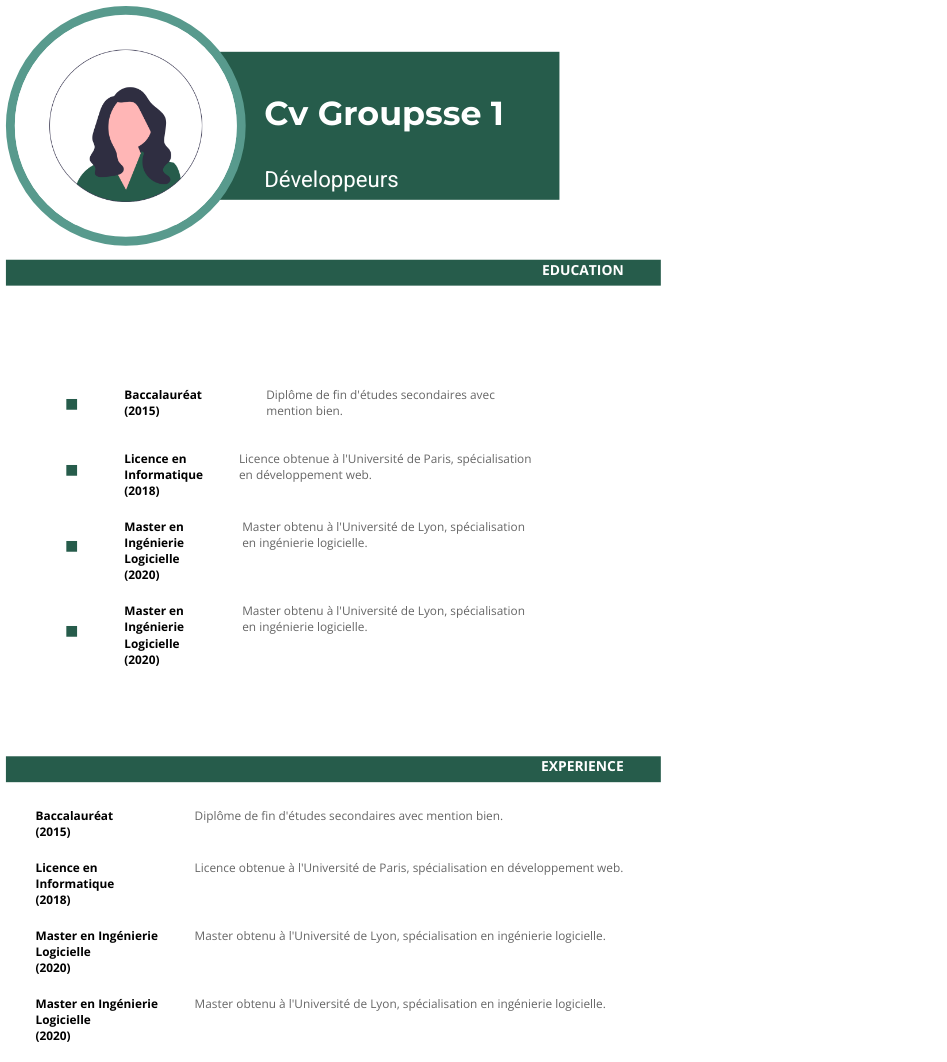
Repository: NdiongueFH/Mon_CV
Page: CV_Groupe1.html
These files come from the project's save history. The page is drawn as it stood at one moment and after the next save; the edit follows.
The browser window is 1280 px wide. The pictures show the whole page, at 74% of full size.

Above is the page before, as saved 2024-08-04 00:20:29.

After the next save:
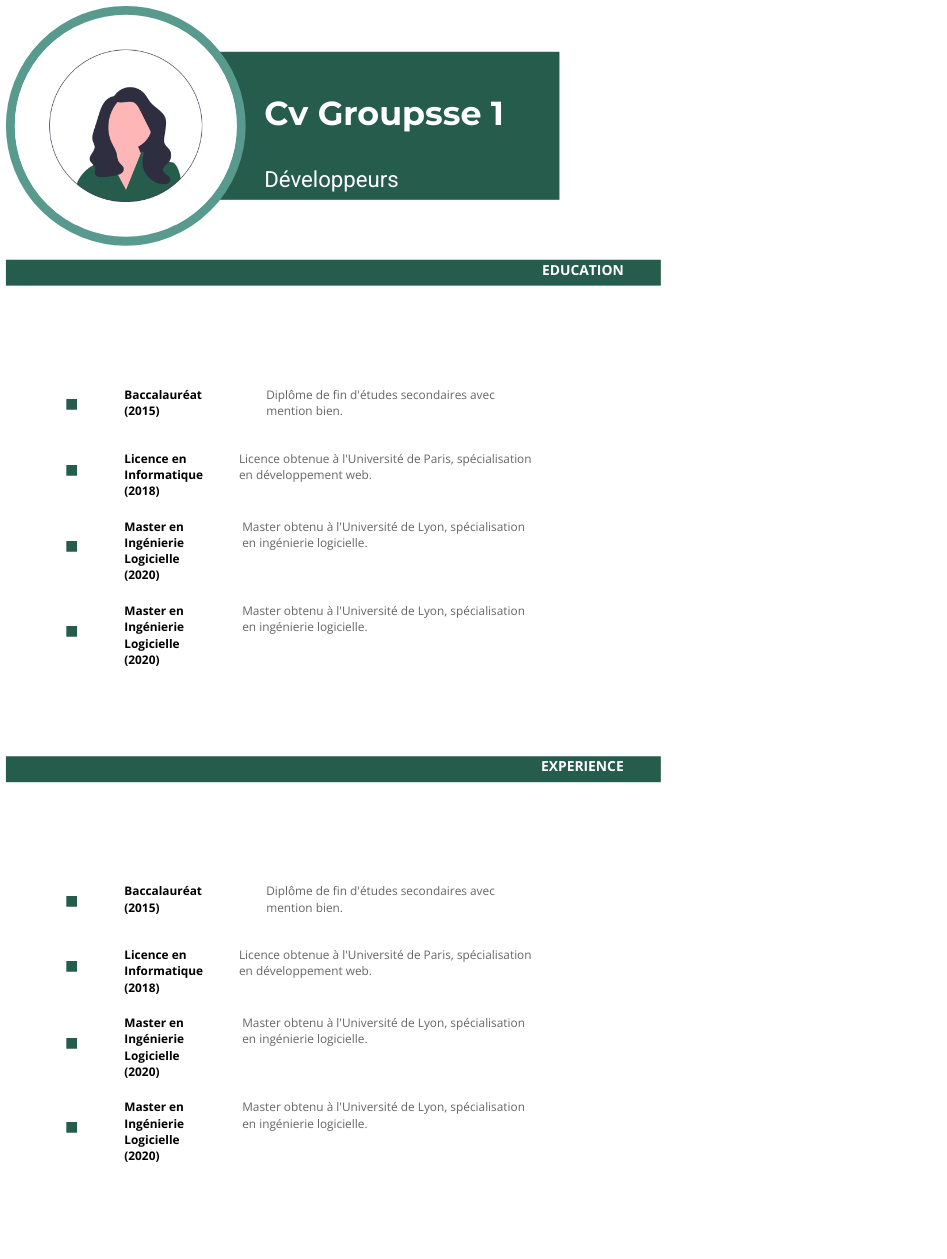
Saved 13 h 27 min later.
--- a/CV_Groupe1.css
+++ b/CV_Groupe1.css
@@ -131,7 +131,10 @@ body {
         max-width: 600px;
         margin: 120px;
     }
-
+    #info_exp{
+        max-width: 600px;
+        margin: 120px;
+    }
     .liste-diplomes li {
         display: flex;
         align-items: baseline;
